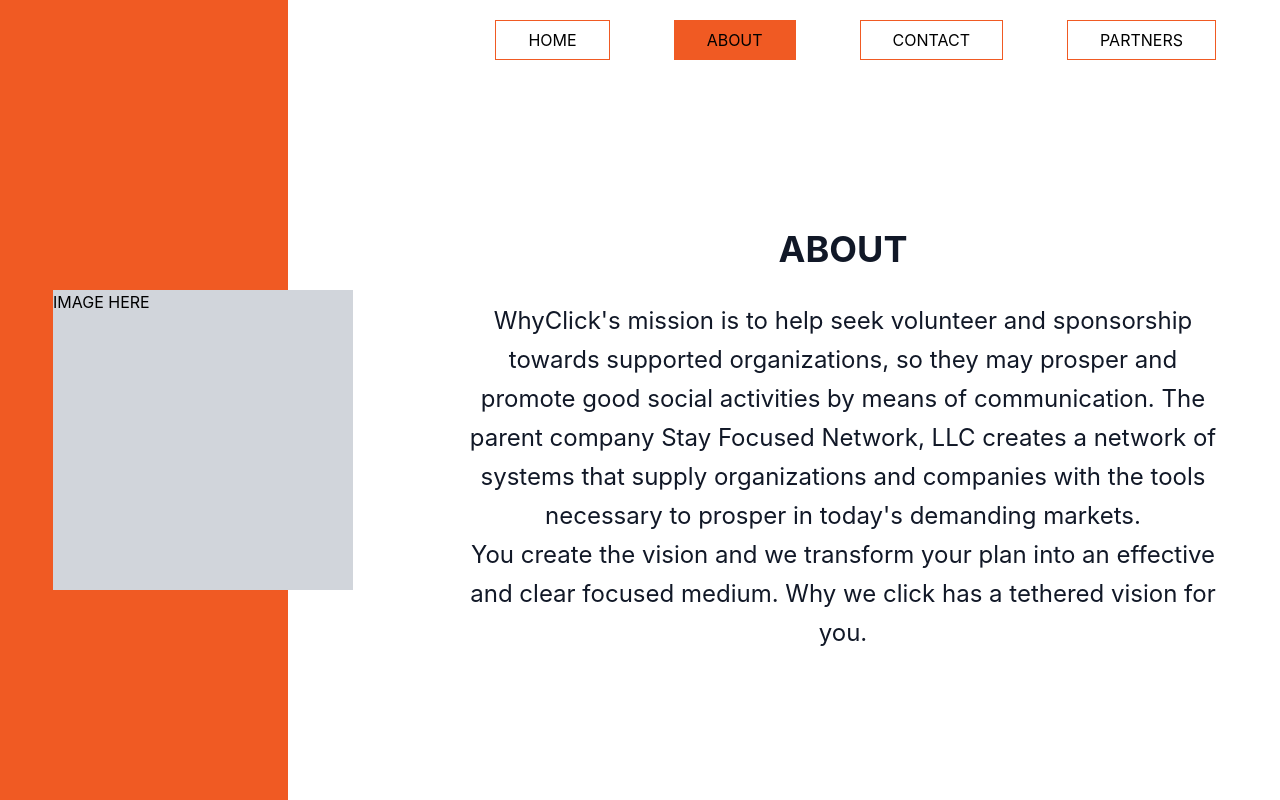
Repository: legenddev1202/whyclicktv
Page: /about
The author's editor kept a copy of each file at every save. The page is drawn from the files as they stood at one save, then again after a run of saves.
The browser window is 1280 px wide. The pictures show the whole page.
The project was rebuilt for these pictures with package versions that can differ from the ones it lists, and the page was loaded fresh each time. Also part of the build but not shown: src/App.css, src/pages/home.js, src/pages/contact.js, src/pages/partners.js, src/pages/referral.js.

Above is the page before, as saved 2022-03-31 11:59:11.

### public/index.html
<!DOCTYPE html>
<html lang="en">
  <head>
    <meta charset="utf-8" />
    <link rel="icon" href="%PUBLIC_URL%/favicon.ico" />
    <meta name="viewport" content="width=device-width, initial-scale=1" />
    <meta name="theme-color" content="#000000" />
    <meta name="description" content="why-click" />
    <link rel="apple-touch-icon" href="%PUBLIC_URL%/favicon.ico" />
    <!--
      manifest.json provides metadata used when your web app is installed on a
      user's mobile device or desktop. See https://developers.google.com/web/fundamentals/web-app-manifest/
    -->
    <link rel="manifest" href="%PUBLIC_URL%/manifest.json" />
    <!--
      Notice the use of %PUBLIC_URL% in the tags above.
      It will be replaced with the URL of the `public` folder during the build.
      Only files inside the `public` folder can be referenced from the HTML.

      Unlike "/favicon.ico" or "favicon.ico", "%PUBLIC_URL%/favicon.ico" will
      work correctly both with client-side routing and a non-root public URL.
      Learn how to configure a non-root public URL by running `npm run build`.
    -->
    <title>WhyClick.tv</title>
  </head>
  <body>
    <noscript>WhyClick.tv</noscript>
    <div id="root"></div>
    <!--
      This HTML file is a template.
      If you open it directly in the browser, you will see an empty page.

      You can add webfonts, meta tags, or analytics to this file.
      The build step will place the bundled scripts into the <body> tag.

      To begin the development, run `npm start` or `yarn start`.
      To create a production bundle, use `npm run build` or `yarn build`.
    -->
  </body>
</html>

### src/index.css
@tailwind base;
@tailwind components;
@tailwind utilities;

body {
  margin: 0;
  font-family: -apple-system, BlinkMacSystemFont, "Segoe UI", "Roboto", "Oxygen",
    "Ubuntu", "Cantarell", "Fira Sans", "Droid Sans", "Helvetica Neue",
    sans-serif;
  -webkit-font-smoothing: antialiased;
  -moz-osx-font-smoothing: grayscale;
  height: 100%;
  min-height: 500px;
}

code {
  font-family: source-code-pro, Menlo, Monaco, Consolas, "Courier New",
    monospace;
}

### src/App.js
import { Routes, Route, Link } from "react-router-dom";
import "./App.css";
import Home from "./pages/home";
import About from "./pages/about";
import Contact from "./pages/contact";
import Partners from "./pages/partners";
import Referral from "./pages/referral";

function App() {
  return (
    <Routes>
      <Route path="/" element={<Home />} />
      <Route path="about" element={<About />} />
      <Route path="contact" element={<Contact />} />
      <Route path="partners" element={<Partners />} />
      <Route path="referrel" element={<Referral />} />
    </Routes>
  );
}

export default App;

### src/pages/about.js
import React from "react";
import { Routes, Route, Link } from "react-router-dom";

function About() {
  return (
    <div>
      <div className="bg-transparent w-full h-20 flex items-center px-8 justify-between z-0">
        <div>
          <div
            className="absolute w-72 h-20 top-0 left-0"
            style={{ backgroundColor: "#F05A23" }}
          ></div>
        </div>
        <div className="bg-transparent">
          <button
            className="h-10 px-8 mx-8 border"
            style={{ borderColor: "#F05A23" }}
          >
            <Link to="/">HOME</Link>
          </button>
          <button
            className="h-10 px-8 mx-8 border"
            style={{ borderColor: "#F05A23", backgroundColor: "#F05A23" }}
          >
            <Link to="/about">ABOUT</Link>
          </button>
          <button
            className="h-10 px-8 mx-8 border"
            style={{ borderColor: "#F05A23" }}
          >
            <Link to="/contact">CONTACT</Link>
          </button>
          <button
            className="h-10 px-8 mx-8 border"
            style={{ borderColor: "#F05A23" }}
          >
            <Link to="/partners">PARTNERS</Link>
          </button>
        </div>
      </div>

      <div className="flex h-full w-full items-center justify-around absolute z-20">
        <div
          className="bg-gray-300"
          style={{ width: "300px", height: "300px" }}
        >
          IMAGE HERE
        </div>
        <div className="max-w-3xl flex flex-col items-center justify-center">
          <div className="text-4xl font-bold mb-8 text-gray-900">ABOUT</div>
          <div className="text-2xl text-center leading-relaxed text-gray-900">
            WhyClick's mission is to help seek volunteer and sponsorship towards
            supported organizations, so they may prosper and promote good social
            activities by means of communication. The parent company Stay
            Focused Network, LLC creates a network of systems that supply
            organizations and companies with the tools necessary to prosper in
            today's demanding markets.
            <br /> You create the vision and we transform your plan into an
            effective and clear focused medium. Why we click has a tethered
            vision for you.
          </div>
        </div>
      </div>
      <div
        className="absolute w-72 h-full left-0 z-10"
        style={{ backgroundColor: "#F05A23" }}
      ></div>
    </div>
  );
}

export default About;

Loaded but not shown: src/index.js (common file); src/reportWebVitals.js (common file); tailwind.config.js (common file)

After the next 2 saves:
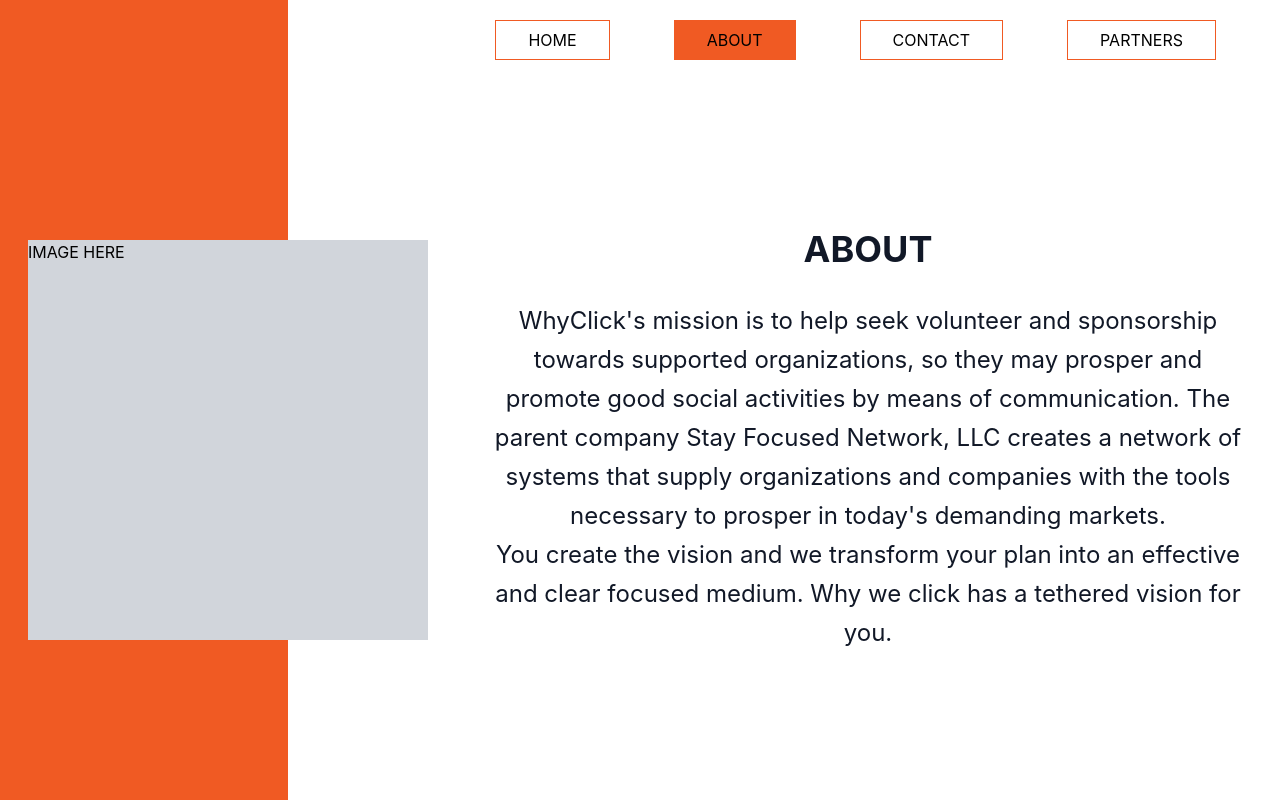
The 2 saves are shown as one change because they came seconds apart.
The last was saved 13 s later.
--- a/src/pages/about.js
+++ b/src/pages/about.js
@@ -42,7 +42,7 @@ function About() {
       <div className="flex h-full w-full items-center justify-around absolute z-20">
         <div
           className="bg-gray-300"
-          style={{ width: "300px", height: "300px" }}
+          style={{ width: "400px", height: "400px" }}
         >
           IMAGE HERE
         </div>
